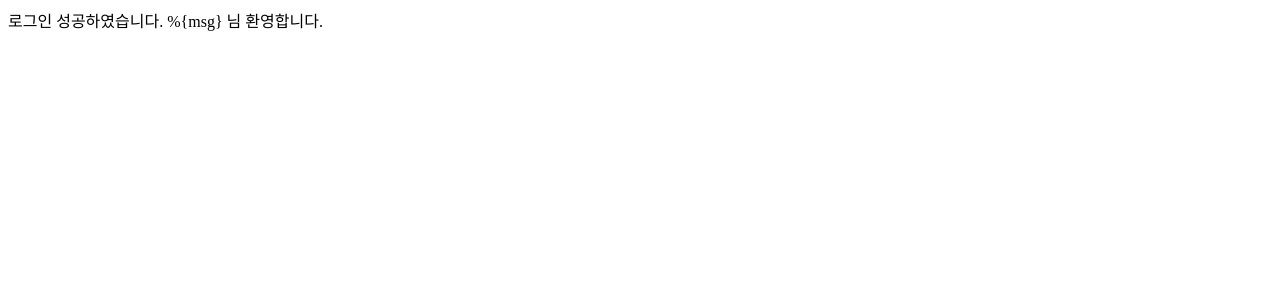
Repository: seoYee/SpringWithTeacher
Page: http://localhost/SpringDay12MVC2/login_success.jsp
An editor plug-in stored every save of this project. The page is shown before and after the next save, followed by the edit.
The browser window is 1280 px wide. The pictures show the whole page.
The page is served by Tomcat 9. Other server files are loaded and not shown.

Above is the page before, as saved 2016-12-20 06:20:54.

### SpringDay12MVC2/WebContent/login_success.jsp
<%@ page language="java" contentType="text/html; charset=UTF-8"
    pageEncoding="UTF-8"%>
<!DOCTYPE html PUBLIC "-//W3C//DTD HTML 4.01 Transitional//EN" "http://www.w3.org/TR/html4/loose.dtd">
<html>
<head>
<meta http-equiv="Content-Type" content="text/html; charset=UTF-8">
<title>Insert title here</title>
</head>
<body>
로그인 성공하였습니다.
%{msg}
${loginId }님 환영합니다.

</body>
</html>

After the next save:
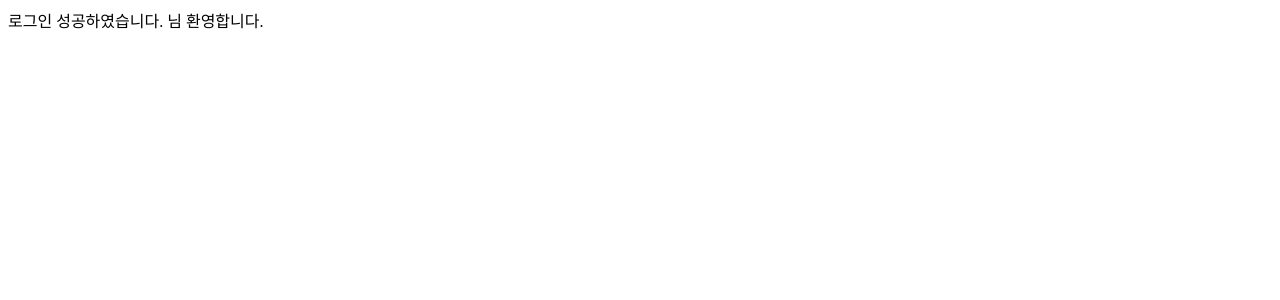
Saved 18 s later.
--- a/SpringDay12MVC2/WebContent/login_success.jsp
+++ b/SpringDay12MVC2/WebContent/login_success.jsp
@@ -8,7 +8,7 @@
 </head>
 <body>
 로그인 성공하였습니다.
-%{msg}
+${msg}
 ${loginId }님 환영합니다.
 
 </body>
